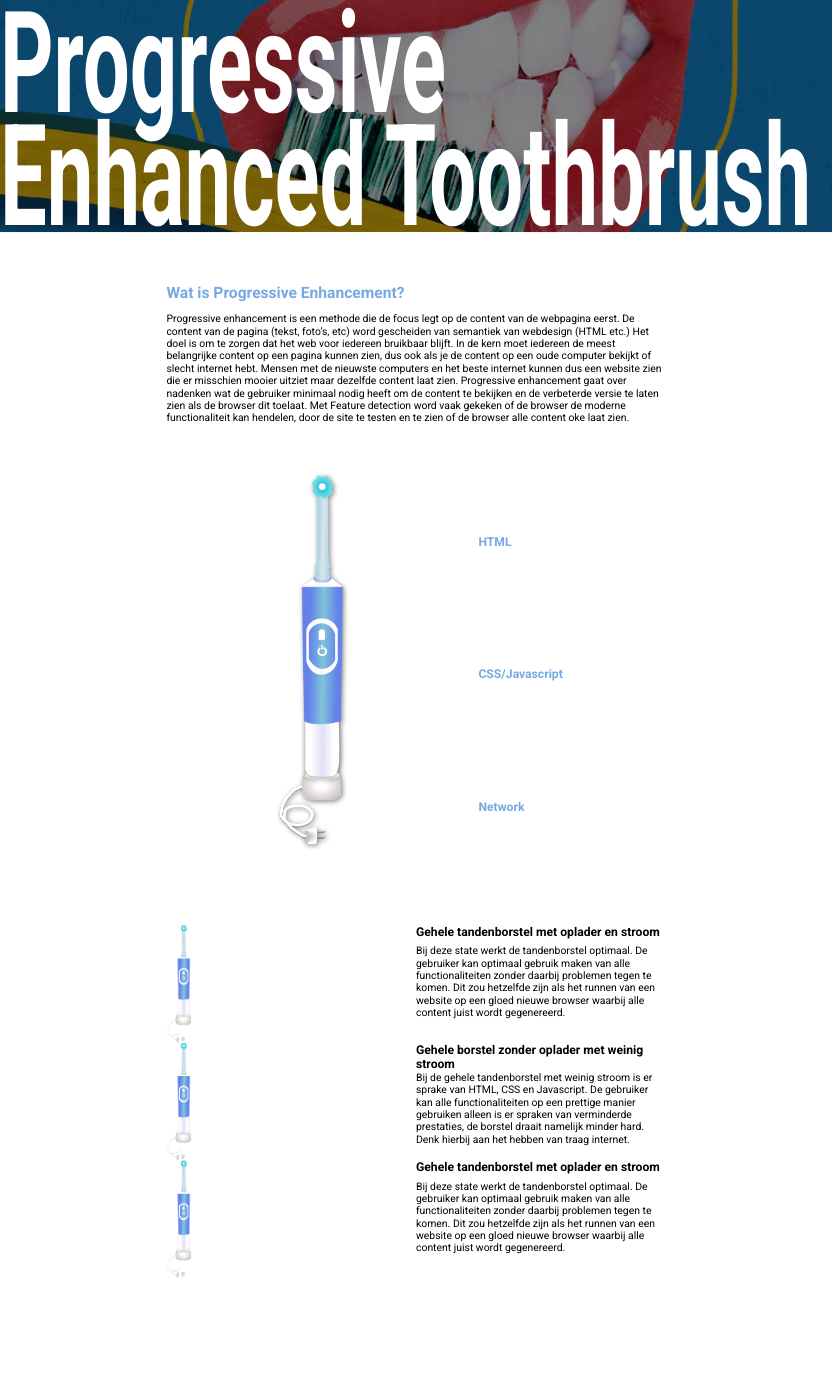
Repository: norakramer1/browser-technologies-2122
Page: progressive-enhanced-toothbrush-main/index.html
These files come from the project's save history. The page is drawn as it stood at one moment and after the next save; the edit follows.
The browser window is 1280 px wide. The pictures show the whole page, at 65% of full size.

Above is the page before, as saved 2022-03-23 14:14:27.

After the next save:
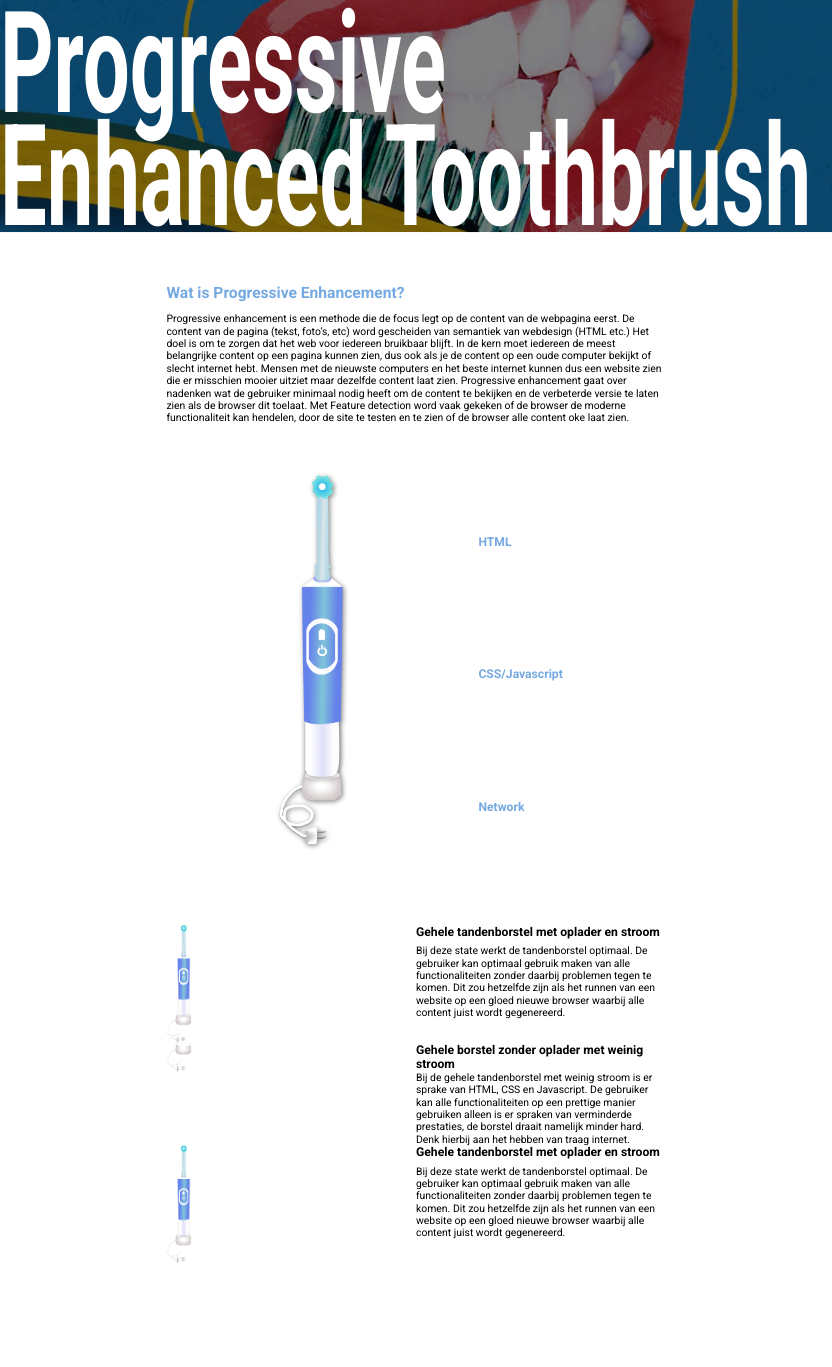
Saved 9 s later.
--- a/progressive-enhanced-toothbrush-main/index.html
+++ b/progressive-enhanced-toothbrush-main/index.html
@@ -49,7 +49,7 @@
                 <p>Bij deze state werkt de tandenborstel optimaal. De gebruiker kan optimaal gebruik maken van alle functionaliteiten zonder daarbij problemen tegen te komen. Dit zou hetzelfde zijn als het runnen van een website op een gloed nieuwe browser waarbij alle content juist wordt gegenereerd.</p>
             </section>
             <section>
-                <img src="img/compleet.png" alt="Tandenborstel">
+                <img src="img/lader.png" alt="Tandenborstel">
                 <h3>Gehele borstel zonder oplader met weinig stroom</h3>
                 <p>Bij de gehele tandenborstel met weinig stroom is er sprake van HTML, CSS en Javascript. De gebruiker kan alle functionaliteiten op een prettige manier gebruiken alleen is er spraken van verminderde prestaties, de borstel draait namelijk minder hard. Denk hierbij aan het hebben van traag internet.</p>
             </section>
